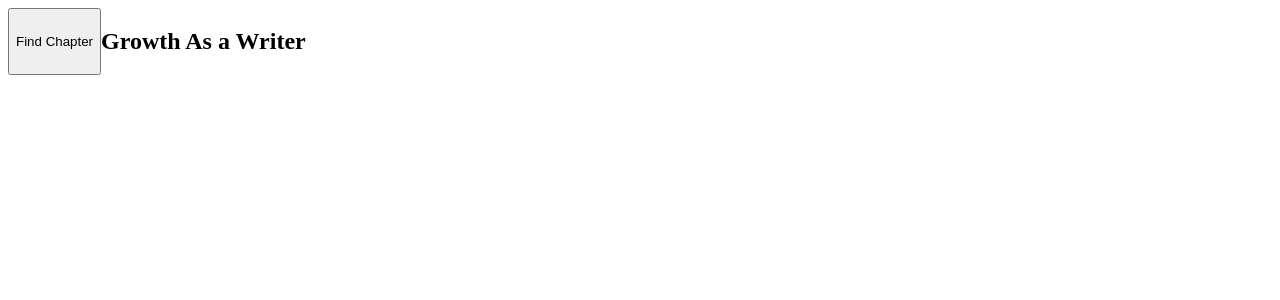
Repository: jpaisiem/WP-4
Page: index.html
The author's editor kept a copy of each file at every save. The page is drawn from the files as they stood at one save, then again after the next save.
The browser window is 1280 px wide. The pictures show the whole page.

Above is the page before, as saved 2025-04-29 11:49:09.

### index.html
<!DOCTYPE html>
<html>
<head>
<meta name="viewport" content="width=device-width, initial-scale=1">
<style>
/* Popup container - can be anything you want */
.popup {
  position: relative;
  display: inline-block;
  cursor: pointer;
  -webkit-user-select: none;
  -moz-user-select: none;
  -ms-user-select: none;
  user-select: none;
  text-align: left;
}

/* The actual popup */
.popup .popuptext {
  visibility: hidden;
  width: fit-content;
  background-color: #555;
  color: #fff;
  text-align: left;
  border-radius: 6px;
  padding: 8px 0;
  position: absolute;
  z-index: 1;
  bottom: 125%;
  left: 50%;
  margin-left: -80px;
}

/* Popup arrow */
.popup .popuptext::after {
  content: "";
  position: absolute;
  top: 100%;
  left: 50%;
  margin-left: -5px;
  border-width: 5px;
  border-style: solid;
  border-color: #555 transparent transparent transparent;
}

/* Toggle this class - hide and show the popup */
.popup .show {
  visibility: visible;
  -webkit-animation: fadeIn 1s;
  animation: fadeIn 1s;
}

/* Add animation (fade in the popup) */
@-webkit-keyframes fadeIn {
  from {opacity: 0;}
  to {opacity: 1;}
}

@keyframes fadeIn {
  from {opacity: 0;}
  to {opacity:1 ;}
}
</style>
</head>
<body style="text-align:center">



<div class="popup" onclick="myFunction()" style=" text-align: left; display: flex; flex-direction: row;"><button>Find Chapter</button><h2 style="text-align: center;">Growth As a Writer</h2>
  <span class="popuptext" id="myPopup"> <table>
    <tr>
      <td><a href="#">Chapter 1</a></td>
      <td><a href="#">Chapter 2</a></td>
      <td><a href="#">Chapter 3</a></td>
    </tr>
    <tr>
      <td><a href="#">Chapter 4</a></td>
      <td><a href="#">Chapter 5</a></td>
      <td><a href="#">Chapter 6</a></td>
    </tr>
  </table></span>
</div>

<script>
// When the user clicks on div, open the popup
function myFunction() {
  var popup = document.getElementById("myPopup");
  popup.classList.toggle("show");
}
</script>

</body>
</html>

After the next save:
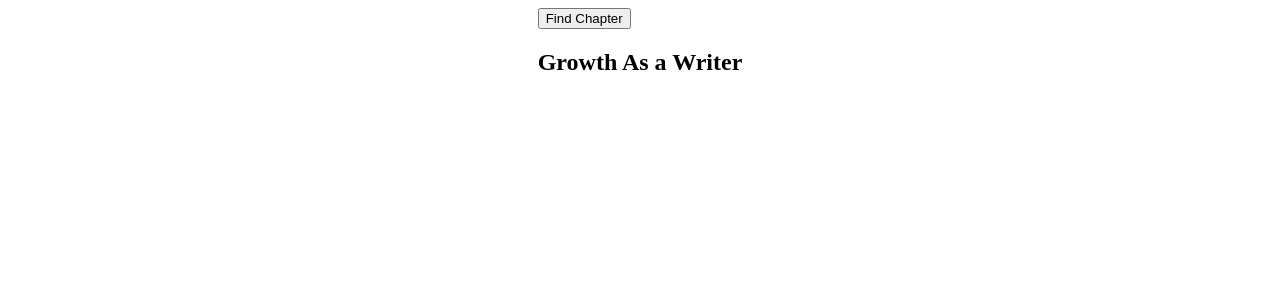
Saved 15 s later.
--- a/index.html
+++ b/index.html
@@ -66,7 +66,7 @@
 
 
 
-<div class="popup" onclick="myFunction()" style=" text-align: left; display: flex; flex-direction: row;"><button>Find Chapter</button><h2 style="text-align: center;">Growth As a Writer</h2>
+<div class="popup" onclick="myFunction()" ><button style=" text-align: left; display: flex; flex-direction: row;">Find Chapter</button><h2 style="text-align: center;">Growth As a Writer</h2>
   <span class="popuptext" id="myPopup"> <table>
     <tr>
       <td><a href="#">Chapter 1</a></td>
